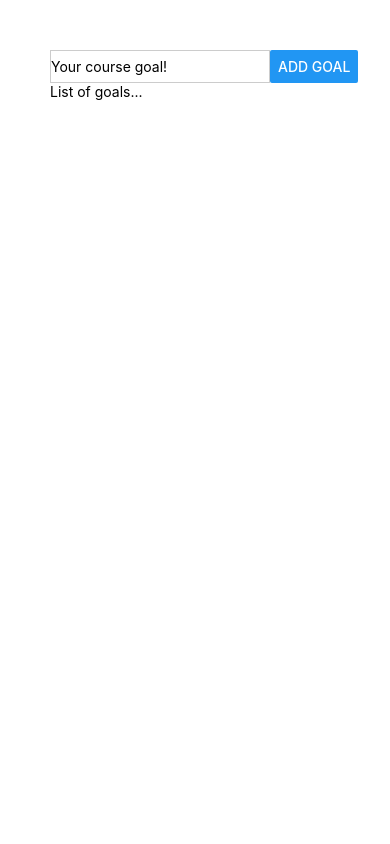
Repository: akinolapo/ToDoApp
Screen: /
The author's editor kept a copy of each file at every save. The screen is drawn from the files as they stood at one save, then again after a run of saves.
The app was drawn by React Native's web renderer in a window 390 px wide. The project was rebuilt for these pictures with package versions that can differ from the ones it lists, and the page was loaded fresh each time.

Above is the screen before, as saved 2022-09-15 13:14:18.

After the next 2 saves:
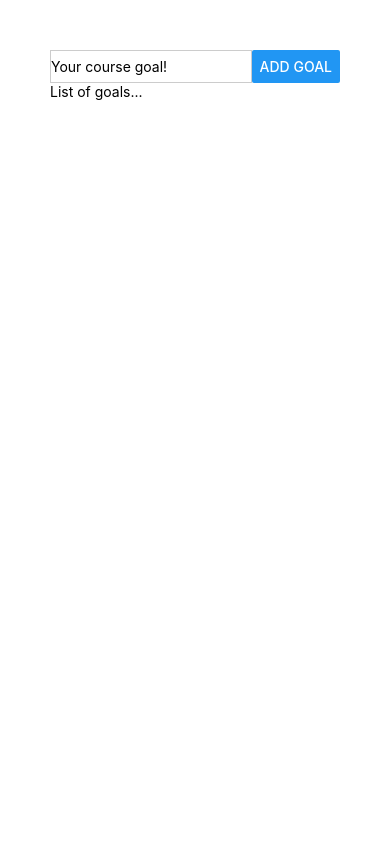
The 2 saves are shown as one change because they came seconds apart.
The last was saved 8 s later.
--- a/App.js
+++ b/App.js
@@ -25,5 +25,6 @@ const styles = StyleSheet.create({
   textInput: {
     borderWidth: 1,
     borderColor: '#cccccc',
+    width: '80%'
   }
 });
